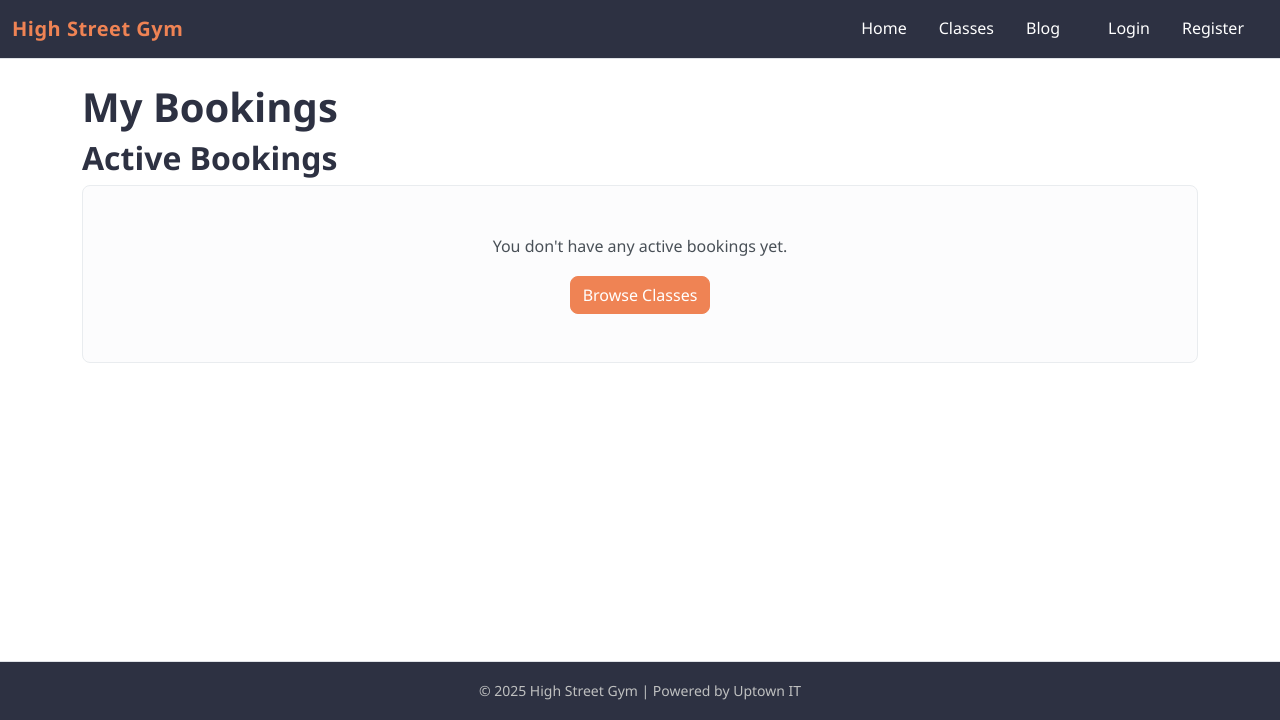
Repository: HBDSolutions/highstreetgym
Page: http://localhost/highstreetgym/controllers/content/bookings_controller.php
These files come from the project's save history. The page is drawn as it stood at one moment and after the next save; the edit follows.
The browser window is 1280 px wide. The pictures show the whole page.
The page is run by PHP 8.4 with error messages shown; the project is at /var/www/html/. The database holds what the project's SQL file puts in it. Queries for data that is not in the repository find no rows.

Above is the page before, as saved 2025-11-11 23:10:29.

### controllers/content/bookings_controller.php
<?php
/**
 * BOOKINGS CONTENT CONTROLLER
 *
 * RESPONSIBILITY: User's booking management
 */

// Start session
if (session_status() === PHP_SESSION_NONE) {
    session_start();
}

// Include dependencies
require_once __DIR__ . '/../../models/database.php';
require_once __DIR__ . '/../../models/session.php';
require_once __DIR__ . '/../../models/class_functions.php';

// Get authentication state
$currentUser = get_current_user_display();
$isLoggedIn = $currentUser['is_logged_in'];
$userId = $currentUser['user_id'];
$userType = $currentUser['user_type'];

// Initialise variables
$cancelMessage = '';
$cancelSuccess = false;

// Handle booking cancellation
if ($_SERVER['REQUEST_METHOD'] === 'POST' && isset($_POST['action']) && $_POST['action'] === 'cancel') {
    $bookingId = intval($_POST['booking_id'] ?? 0);

    if ($bookingId > 0) {
        $result = cancel_booking($conn, $bookingId, $userId);
        $cancelMessage = $result['message'];
        $cancelSuccess = $result['success'];
    }
}

// Get user's bookings from model
$userBookings = get_user_bookings($conn, $userId);

// Separate and format active bookings
$activeBookings = [];

foreach ($userBookings as $booking) {
    if ($booking['status'] === 'confirmed') {
        $activeBookings[] = [
            'booking_id' => $booking['booking_id'],
            'class_name' => $booking['class_name'],
            'description' => $booking['description'],
            'day_of_week' => $booking['day_of_week'],
            'start_time' => date('g:i A', strtotime($booking['start_time'])),
            'end_time' => date('g:i A', strtotime($booking['end_time'])),
            'trainer_name' => $booking['trainer_first_name'] . ' ' . $booking['trainer_last_name'],
            'booking_date' => date('F j, Y', strtotime($booking['booking_date']))
        ];
    }
}

// CONTROLLER DECISIONS - Set flags for what to display
$showCancelMessage = !empty($cancelMessage);
$hasActiveBookings = !empty($activeBookings);
$showNoBookings = empty($activeBookings);

// Define view variables
$pageTitle = 'My Bookings';
$contentView = __DIR__ . '/../../views/content/bookings.php';

// Load MEMBER layout controller (enforces authentication)
require_once __DIR__ . '/../layouts/member_layout.php';
?>

### models/database.php
<?php

//database connection details
$servername = "localhost";
$username = "connect_hsg";
$password = "HighStreetGym1!";
$database = "highstreetgym";

//connect to the database
try {
	//connect to the database
	$conn = new PDO("mysql:host=$servername;dbname=$database", $username,	$password);
	//set the PDO error mode to exception
	$conn->setAttribute(PDO::ATTR_ERRMODE, PDO::ERRMODE_EXCEPTION);
}
catch (PDOException $e) {
    die("Database connection failed: " . $e->getMessage());
}

// FUNCTION TO GET DATABASE CONNECTION
function get_database_connection() {
    static $connection = null;

    if ($connection === null) {
        $servername = "localhost";
        $username = "connect_hsg";
        $password = "HighStreetGym1!";
        $database = "highstreetgym";

        try {
            $connection = new PDO("mysql:host=$servername;dbname=$database", $username, $password);
            $connection->setAttribute(PDO::ATTR_ERRMODE, PDO::ERRMODE_EXCEPTION);
        } catch (PDOException $e) {
            die("Database connection failed: " . $e->getMessage());
        }
    }

    return $connection;
}

?>

### models/session.php
<?php

// SESSION MANAGEMENT FUNCTIONS

// CHECK IF USER IS LOGGED IN

function is_user_logged_in() {
    return isset($_SESSION['logged_in']) && $_SESSION['logged_in'] === true;
}

// GET USER DATA

function get_current_user_display() {
    if (!is_user_logged_in()) {
        return [
            'is_logged_in' => false,
            'user_name' => 'Guest',
            'user_type' => null,
            'user_email' => null,
            'user_id' => null
        ];
    }

    // DERIVE FULL NAME
    $firstName = $_SESSION['first_name'] ?? '';
    $lastName = $_SESSION['last_name'] ?? '';
    $fullName = trim($firstName . ' ' . $lastName);

    // FALLBACK TO USER IF NO NAME
    if (empty($fullName)) {
        $fullName = 'User';
    }

    return [
        'is_logged_in' => true,
        'user_name' => $fullName,
        'user_type' => $_SESSION['user_type'] ?? 'member',
        'user_email' => $_SESSION['user_email'] ?? '',
        'user_id' => $_SESSION['user_id'] ?? null
    ];
}

// CHECK USER PERMISSION

function user_has_permission($requiredType) {
    if (!is_user_logged_in()) {
        return false;
    }

    $userType = $_SESSION['user_type'] ?? 'member';

    // ADMINS HAVE ALL PERMISSIONS
    if ($userType === 'admin') {
        return true;
    }

    // CHECK SPECIFIC PERMISSION
    return $userType === $requiredType;
}

// REQUIRE LOGIN

function require_login($redirectAfterLogin = '') {
    if (!is_user_logged_in()) {
        $redirect = $redirectAfterLogin ?: $_SERVER['REQUEST_URI'];
        header('Location: controllers/auth/login_controller.php?msg=login_required&redirect=' . urlencode($redirect));
        exit;
    }
}

// REQUIRE SPECIFIC USER TYPE

function require_permission($requiredType) {
    require_login();

    if (!user_has_permission($requiredType)) {
        $_SESSION['error_message'] = 'You do not have permission to access this page.';
        header('Location: /highstreetgym/index.php');
        exit;
    }
}
?>

### controllers/layouts/member_layout.php
<?php
// MEMBER LAYOUT CONTROLLER

// INCLUDE BASE LAYOUT
require_once __DIR__ . '/base_layout.php';

$boot = init_base_layout();
$pageTitle   = $pageTitle   ?? 'Member';
$contentView = $contentView ?? (__DIR__ . '/../../views/content/home.php');

// AUTH SNAPSHOT
$currentUser = get_current_user_display();
$isLoggedIn  = (bool)$currentUser['is_logged_in'];
$isAdmin     = ($currentUser['user_type'] ?? '') === 'admin';

// NAV VARS FOR MEMBER LAYOUT
$navVars = [
  'currentUser'    => $currentUser,
  'isLoggedIn'     => $isLoggedIn,
  'isAdmin'        => $isAdmin,
  'showMemberMenu' => $isLoggedIn && !$isAdmin,
  'showAdminMenu'  => $isAdmin,
  'currentPath'    => parse_url($_SERVER['REQUEST_URI'] ?? '/', PHP_URL_PATH) ?? '/',
];

// REQUIRE VIEW VARS FROM CALLER
validate_layout_requirements($pageTitle ?? '', $contentView ?? '');

// RENDER VIEW
include __DIR__ . '/../../views/layouts/member.php';

### controllers/layouts/base_layout.php
<?php
// BASE LAYOUT CONTROLLER HELPERS

// INCLUDE MODELS NEEDED BY LAYOUTS
require_once __DIR__ . '/../../models/session.php';
require_once __DIR__ . '/../../models/navigation.php';
require_once __DIR__ . '/../../models/database.php';

// INITIALISE BASE LAYOUT VARS
function init_base_layout(): array {
    if (session_status() === PHP_SESSION_NONE) {
        session_start();
    }

    // CURRENT USER
    $currentUser = get_current_user_display();
    $currentPath = parse_url($_SERVER['REQUEST_URI'] ?? '/', PHP_URL_PATH) ?? '/';

    return [
        'currentUser' => $currentUser,
        'currentPath' => $currentPath,
    ];
}

// LAYOUT INVARIANTS: VALIDATE REQUIRED VARS
function validate_layout_requirements(string $pageTitle, string $contentView): void {
    if ($pageTitle === '') {
        http_response_code(500);
        exit('LAYOUT ERROR: MISSING $pageTitle');
    }
    if (!is_file($contentView)) {
        http_response_code(500);
        exit('LAYOUT ERROR: MISSING/INVALID $contentView: ' . $contentView);
    }
}

### models/navigation.php
<?php
// NAVIGATION MODEL
// PURPOSE: PROVIDES NAV STATE + ACTIVE-LINK HELPERS FOR VIEWS

// GET NAVIGATION DATA FOR VIEWS
function get_navigation_data(): array {
    // USER STATE
    $currentUser  = get_current_user_display();
    $isLoggedIn   = $currentUser['is_logged_in'] ?? false;
    $userName     = $currentUser['user_name']    ?? '';
    $userType     = $currentUser['user_type']    ?? 'guest';
    $isAdmin      = ($userType === 'admin');

    // USER FLAGS TO SHOW/HIDE NAV ITEMS
    $showMemberMenu  = $isLoggedIn;
    $showAdminMenu   = $isAdmin;
    $showLoginButton = !$isLoggedIn;

    // CURRENT PATH FOR ACTIVE-LINK DETECTION
    $currentPath = parse_url($_SERVER['REQUEST_URI'] ?? '/', PHP_URL_PATH) ?: '/';

    // LOGIN MODAL CONTEXT
    $modalLoginError = $_SESSION['modal_login_error'] ?? null;
    unset($_SESSION['modal_login_error']);
    $showLoginModal = !empty($modalLoginError);

    $loginModalContext = [
        'showErrorAlert' => $showLoginModal,
        'errorMessage'   => $modalLoginError ?? '',
        'formAction'     => '/highstreetgym/controllers/content/auth/login_controller.php'
    ];

    return [
        'isLoggedIn'       => $isLoggedIn,
        'userName'         => $userName,
        'userType'         => $userType,
        'isAdmin'          => $isAdmin,
        'showMemberMenu'   => $showMemberMenu,
        'showAdminMenu'    => $showAdminMenu,
        'showLoginButton'  => $showLoginButton,
        'currentPath'      => $currentPath,
        'showLoginModal'   => $showLoginModal,
        'loginModalContext'=> $loginModalContext
    ];
}

// ACTIVE-LINK CHECK USING EXPLICIT PATH
function is_navigation_active(string $needle, string $currentPath): string {
    return str_ends_with($currentPath, $needle) ? 'active' : '';
}

// CANONICAL HELPER CALLED BY VIEWS/PARTIALS
if (!function_exists('nav_active')) {
    function nav_active(string $needle, ?string $currentPath = null): string {
        $path = $currentPath ?? (parse_url($_SERVER['REQUEST_URI'] ?? '/', PHP_URL_PATH) ?: '/');
        return (str_ends_with($path, $needle)) ? 'active' : '';
    }
}

### views/layouts/member.php
<?php
// MEMBER LAYOUT

$viewVars = [
  'title'       => $pageTitle ?? 'High Street Gym',
  'contentView' => $contentView ?? ''
];
include __DIR__ . '/base.php';

### views/layouts/base.php
<?php
// BASE LAYOUT SHELL
// PURPOSE: WRAPS PAGE, APPLIES STICKY FOOTER, INCLUDES NAV & FOOTER TO ALL PAGES

$pageTitle = $viewVars['title'] ?? 'High Street Gym';
?>

<!DOCTYPE html>

<html lang="en">

<head>
  <meta charset="utf-8">
  <meta name="viewport" content="width=device-width, initial-scale=1">
  <title><?= htmlspecialchars($pageTitle) ?></title>
  <link href="https://cdn.jsdelivr.net/npm/bootstrap@5.3.0/dist/css/bootstrap.min.css" rel="stylesheet">
  <link rel="stylesheet" href="/highstreetgym/assets/css/style.css">
</head>

<body class="d-flex flex-column min-vh-100">
  <header>
    <?php include __DIR__ . '/../partials/nav.php'; ?>
  </header>

  <main class="flex-grow-1">
    <?php
      if (!empty($viewVars['contentView'])) {
        include $viewVars['contentView'];
      }
    ?>
  </main>

  <?php include __DIR__ . '/../partials/footer.php'; ?>

  <script src="https://cdn.jsdelivr.net/npm/bootstrap@5.3.0/dist/js/bootstrap.bundle.min.js"></script>
</body>
</html>

### views/partials/nav.php
<?php
// NAV PARTIAL: USES VARS FROM LAYOUT SHELL ONLY

// INPUTS
$navVars        = $navVars ?? [];
$currentUser    = $navVars['currentUser']    ?? [];
$isLoggedIn     = (bool)($navVars['isLoggedIn']     ?? false);
$isAdmin        = (bool)($navVars['isAdmin']        ?? false);
$showMemberMenu = (bool)($navVars['showMemberMenu'] ?? false);
$showAdminMenu  = (bool)($navVars['showAdminMenu']  ?? false);
$currentPath    = $navVars['currentPath']    ?? '/';
$userName       = $currentUser['user_name']  ?? 'Account';

// ACTIVE-LINK HELPER
if (!function_exists('a')) {
  function a($needle){ return nav_active($needle); }
}
?>

<nav class="navbar navbar-expand-lg navbar-dark bg-dark border-bottom">
  <div class="container-fluid">
    <a class="navbar-brand" href="/highstreetgym/controllers/content/home_controller.php">High Street Gym</a>

    <button class="navbar-toggler" type="button" data-bs-toggle="collapse" data-bs-target="#mainNav"
            aria-controls="mainNav" aria-expanded="false" aria-label="Toggle navigation">
      <span class="navbar-toggler-icon"></span>
    </button>

    <div class="collapse navbar-collapse" id="mainNav">
      <div class="ms-auto d-flex align-items-center">
        <!-- MAIN LINKS -->
        <ul class="navbar-nav me-3 mb-2 mb-lg-0">
          <li class="nav-item">
            <a class="nav-link <?= a('home_controller.php') ?>"
               href="/highstreetgym/controllers/content/home_controller.php">Home</a>
          </li>
          <li class="nav-item">
            <a class="nav-link <?= a('classes_controller.php') ?>"
               href="/highstreetgym/controllers/content/classes_controller.php">Classes</a>
          </li>
          <li class="nav-item">
            <a class="nav-link <?= a('blog_controller.php') ?>"
               href="/highstreetgym/controllers/content/blog_controller.php">Blog</a>
          </li>

          <?php if ($showAdminMenu): ?>
          <li class="nav-item">
            <a class="nav-link <?= a('admin_controller.php') ?>"
               href="/highstreetgym/controllers/content/admin_controller.php">Admin</a>
          </li>
          <?php endif; ?>
        </ul>

        <!-- AUTH -->
        <ul class="navbar-nav">
          <?php if (!$isLoggedIn): ?>
            <li class="nav-item">
              <a class="nav-link <?= a('login_controller.php') ?>"
                 href="/highstreetgym/controllers/auth/login_controller.php">Login</a>
            </li>
            <li class="nav-item">
              <a class="nav-link <?= a('register_controller.php') ?>"
                 href="/highstreetgym/controllers/auth/register_controller.php">Register</a>
            </li>
          <?php else: ?>
            <li class="nav-item dropdown">
              <a class="nav-link dropdown-toggle" href="#" role="button" data-bs-toggle="dropdown" aria-expanded="false">
                <?= htmlspecialchars($userName) ?>
              </a>
              <ul class="dropdown-menu dropdown-menu-end">
                <?php if (!$isAdmin): ?>
                  <li><a class="dropdown-item" href="/highstreetgym/controllers/content/bookings_controller.php">My Bookings</a></li>
                  <li><hr class="dropdown-divider"></li>
                <?php else: ?>
                  <li><a class="dropdown-item" href="/highstreetgym/controllers/content/admin_controller.php">Admin Home</a></li>
                  <li><hr class="dropdown-divider"></li>
                <?php endif; ?>
                <li><a class="dropdown-item" href="/highstreetgym/controllers/auth/logout_controller.php">Logout</a></li>
              </ul>
            </li>
          <?php endif; ?>
        </ul>
      </div>
    </div>
  </div>
</nav>

### views/content/bookings.php
<!-- Bookings Content View -->
<section class="container my-4">
    <h1><?= htmlspecialchars($pageTitle) ?></h1>

    <?php if ($showCancelMessage): ?>
        <?php include __DIR__ . '/../partials/bookings/cancel_message.php'; ?>
    <?php endif; ?>

    <section class="mb-5">
        <h2>Active Bookings</h2>

        <?php if ($showNoBookings): ?>
            <?php include __DIR__ . '/../partials/bookings/no_bookings.php'; ?>
        <?php endif; ?>

        <?php if ($hasActiveBookings): ?>
            <?php include __DIR__ . '/../partials/bookings/bookings_list.php'; ?>
        <?php endif; ?>
    </section>
</section>

### views/partials/bookings/no_bookings.php
<!-- Bookings No Bookings Partial -->
<div class="alert alert-light text-center py-5">
    <p class="mb-2">You don't have any active bookings yet.</p>
    <a href="/highstreetgym/controllers/content/classes_controller.php" class="btn btn-primary mt-2">
        Browse Classes
    </a>
</div>

### views/partials/footer.php
<?php
// FOOTER PARTIAL
?>
<footer class="mt-auto text-center text-muted py-3 border-top">
  <small>&copy; <?= date('Y') ?> High Street Gym | Powered by Uptown IT</small>
</footer>

### assets/css/style.css
/* === High Street Gym Custom Theme === */
:root {
  /* Base brand palette */
  --hsg-primary:   #EF8354;
  --hsg-secondary: #4F5D75;
  --hsg-muted:     #BFC0C0;
  --hsg-dark:      #2D3142;
  --hsg-light:     #FFFFFF;

  /* Bootstrap variable overrides */
  --bs-body-bg: var(--hsg-light);
  --bs-body-color: var(--hsg-dark);
  --bs-primary: var(--hsg-primary);
  --bs-secondary: var(--hsg-secondary);
  --bs-success: #2ECC71;
  --bs-danger:  #E74C3C;
  --bs-warning: #F1C40F;
  --bs-info:    #3498DB;
  --bs-border-radius: .5rem;
  --bs-font-sans-serif: "Segoe UI", Roboto, "Helvetica Neue", Arial, sans-serif;
}

/* === Global layout === */
body {
  background-color: var(--bs-body-bg);
  color: var(--bs-body-color);
  line-height: 1.6;
}

h1, h2, h3, h4 {
  font-weight: 600;
  color: var(--hsg-dark);
}

/* === Navbar === */
.navbar {
  background-color: var(--hsg-dark) !important;
}
.navbar .navbar-brand {
  color: var(--hsg-primary) !important;
  font-weight: 700;
  letter-spacing: .5px;
}
.navbar .nav-link {
  color: var(--hsg-light) !important;
  margin-right: 1rem;
  transition: color .2s ease-in-out;
}
.navbar .nav-link:hover,
.navbar .nav-link.active {
  color: var(--hsg-primary) !important;
  text-decoration: underline;
}

/* === Main container card === */
main.container {
  background: var(--hsg-light);
  padding: 2rem;
  border-radius: var(--bs-border-radius);
  box-shadow: 0 4px 12px rgba(0,0,0,0.08);
}

/* === Buttons === */
.btn-primary {
  background-color: var(--hsg-primary);
  border-color: var(--hsg-primary);
}
.btn-primary:hover {
  background-color: var(--hsg-secondary);
  border-color: var(--hsg-secondary);
}

/* TILE STYLES */
.tile {
  display: inline-block;
  width: 260px;
  height: 220px;
  margin: 1rem;
  background: var(--hsg-muted);
  color: var(--hsg-dark);
  border-radius: 0.5rem;
  text-align: center;
  vertical-align: top;
  transition: transform 0.2s ease;
}

.tile a {
  display: block;
  height: 100%;
  width: 100%;
  line-height: 220px;
  font-weight: 600;
  text-decoration: none;
  color: inherit;
}

.tile:hover,
.tile a:focus-visible {
  transform: translateY(-3px);
  outline: none;
}

/* ACCESSIBLE SKIP LINK */
.skip-link { position: absolute; left: -9999px; top: auto; width: 1px; height: 1px; overflow: hidden; }
.skip-link:focus { position: static; width: auto; height: auto; margin: 0.5rem; }

/* SIMPLE LAYOUT FOR THE TILE SECTION (uses your tokens only) */
section[aria-label="Admin Imports"] {
  display: flex;
  flex-wrap: wrap;
  gap: 1rem;
  align-items: stretch;
  margin: 1rem 0 2rem;
}

/* SMALL-SCREEN TWEAK (optional) */
@media (max-width: 576px) {
  .tile { width: 100%; height: 180px; line-height: normal; }
  .tile a { line-height: 180px; }
}

/* === Tables === */
.table {
  color: var(--hsg-dark);
  border-color: var(--hsg-muted);
}
.table thead {
  background-color: var(--hsg-secondary);
  color: var(--hsg-light);
}
.table-striped tbody tr:nth-of-type(odd) {
  background-color: #f8f9fa;
}

/* === Footer === */
footer {
  background-color: var(--hsg-dark);
  color: var(--hsg-light);
  text-align: center;
  padding: 1rem 0;
}
footer small {
  color: var(--hsg-muted);
}

/* === Utility tweaks === */
a { color: var(--hsg-primary); }
a:hover { color: var(--hsg-secondary); }

.list-group-item {
  border: none;
  border-bottom: 1px solid var(--hsg-muted);
}

### database/schema/schema.sql (the tables this page reads)
CREATE TABLE `classes` (
  `class_id` INT NOT NULL AUTO_INCREMENT,
  `class_name` VARCHAR(100) NOT NULL,
  `description` TEXT DEFAULT NULL,
  `duration` INT NOT NULL COMMENT 'Duration in minutes',
  `difficulty_level` ENUM('beginner', 'intermediate', 'advanced', 'all_levels') DEFAULT 'all_levels',
  PRIMARY KEY (`class_id`)
) ENGINE=InnoDB DEFAULT CHARSET=utf8mb4 COLLATE=utf8mb4_general_ci;

INSERT INTO `classes` (`class_name`, `description`, `duration`, `difficulty_level`) VALUES
('Yoga Flow', 'Gentle flowing yoga for flexibility and relaxation', 60, 'all_levels'),
('Pilates Core', 'Core strengthening pilates workout', 45, 'intermediate'),
('HIIT Burn', 'High intensity interval training', 30, 'advanced'),
('Indoor Cycling', 'Cardio cycling workout', 45, 'all_levels'),
('Boxing Fitness', 'Boxing-based fitness class', 60, 'intermediate'),
('Abs Blast', 'Targeted abdominal workout', 30, 'all_levels'),
('Zumba', 'Dance fitness workout', 60, 'beginner');

CREATE TABLE `schedules` (
  `schedule_id` INT NOT NULL AUTO_INCREMENT,
  `class_id` INT NOT NULL,
  `trainer_id` INT NOT NULL,
  `day_of_week` ENUM('Monday', 'Tuesday', 'Wednesday', 'Thursday', 'Friday', 'Saturday', 'Sunday') NOT NULL,
  `start_time` TIME NOT NULL,
  `end_time` TIME NOT NULL,
  `max_capacity` INT DEFAULT 20,
  PRIMARY KEY (`schedule_id`),
  KEY `class_id` (`class_id`),
  KEY `trainer_id` (`trainer_id`),
  CONSTRAINT `schedules_ibfk_1` FOREIGN KEY (`class_id`) REFERENCES `classes` (`class_id`) ON DELETE CASCADE,
  CONSTRAINT `schedules_ibfk_2` FOREIGN KEY (`trainer_id`) REFERENCES `trainers` (`trainer_id`) ON DELETE CASCADE
) ENGINE=InnoDB DEFAULT CHARSET=utf8mb4 COLLATE=utf8mb4_general_ci;

INSERT INTO `schedules` (`class_id`, `trainer_id`, `day_of_week`, `start_time`, `end_time`, `max_capacity`) VALUES

(1, 1, 'Monday', '06:00:00', '07:00:00', 15),
(3, 3, 'Monday', '08:00:00', '08:30:00', 20),
(5, 2, 'Monday', '18:00:00', '19:00:00', 15),

(2, 1, 'Tuesday', '07:00:00', '07:45:00', 12),
(4, 3, 'Tuesday', '17:30:00', '18:15:00', 25),
(7, 1, 'Tuesday', '19:00:00', '20:00:00', 20),

(1, 1, 'Wednesday', '06:00:00', '07:00:00', 15),
(6, 2, 'Wednesday', '12:00:00', '12:30:00', 20),
(3, 3, 'Wednesday', '18:00:00', '18:30:00', 20),

(2, 1, 'Thursday', '07:00:00', '07:45:00', 12),
(5, 2, 'Thursday', '18:00:00', '19:00:00', 15),

(4, 3, 'Friday', '06:30:00', '07:15:00', 25),
(7, 1, 'Friday', '17:00:00', '18:00:00', 20),

(1, 1, 'Saturday', '08:00:00', '09:00:00', 15),
(3, 3, 'Saturday', '09:30:00', '10:00:00', 20),
(6, 2, 'Saturday', '10:30:00', '11:00:00', 20);

CREATE TABLE `trainers` (
  `trainer_id` INT NOT NULL AUTO_INCREMENT,
  `first_name` VARCHAR(50) NOT NULL,
  `last_name` VARCHAR(50) NOT NULL,
  `email` VARCHAR(100) NOT NULL,
  `specialization` VARCHAR(100) DEFAULT NULL,
  `status` ENUM('active', 'inactive') DEFAULT 'active',
  PRIMARY KEY (`trainer_id`),
  UNIQUE KEY `email` (`email`)
) ENGINE=InnoDB DEFAULT CHARSET=utf8mb4 COLLATE=utf8mb4_general_ci;

INSERT INTO `trainers` (`first_name`, `last_name`, `email`, `specialization`, `status`) VALUES
('Sarah', 'Johnson', 'sarah.johnson@highstreetgym.com.au', 'Yoga & Pilates', 'active'),
('Mike', 'Chen', 'mike.chen@highstreetgym.com.au', 'Strength Training', 'active'),
('Emma', 'Williams', 'emma.williams@highstreetgym.com.au', 'HIIT & Cardio', 'active');

Loaded but not shown: models/class_functions.php (309 lines, source omitted)

After the next save:
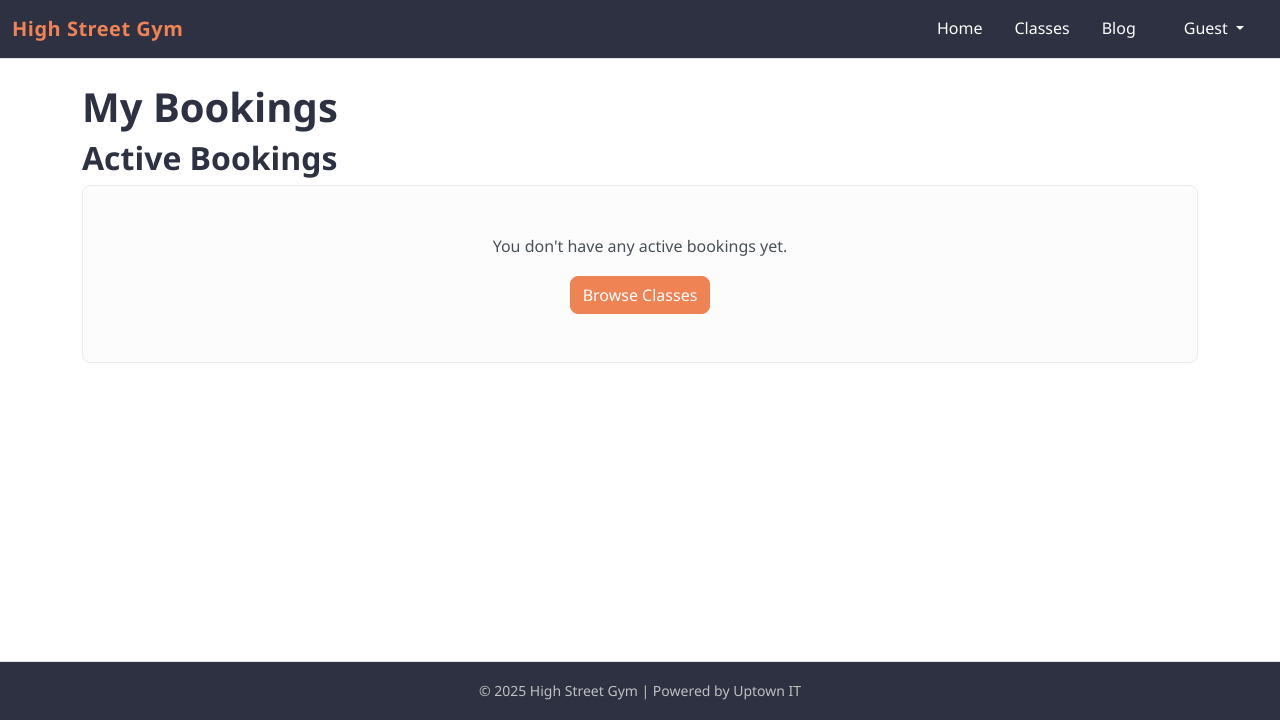
Saved 17 s later.
--- a/controllers/layouts/member_layout.php
+++ b/controllers/layouts/member_layout.php
@@ -8,19 +8,14 @@ $boot = init_base_layout();
 $pageTitle   = $pageTitle   ?? 'Member';
 $contentView = $contentView ?? (__DIR__ . '/../../views/content/home.php');
 
-// AUTH SNAPSHOT
-$currentUser = get_current_user_display();
-$isLoggedIn  = (bool)$currentUser['is_logged_in'];
-$isAdmin     = ($currentUser['user_type'] ?? '') === 'admin';
-
-// NAV VARS FOR MEMBER LAYOUT
+// MEMBER DEFAULTS (LOGGED IN, NOT ADMIN)
 $navVars = [
-  'currentUser'    => $currentUser,
-  'isLoggedIn'     => $isLoggedIn,
-  'isAdmin'        => $isAdmin,
-  'showMemberMenu' => $isLoggedIn && !$isAdmin,
-  'showAdminMenu'  => $isAdmin,
-  'currentPath'    => parse_url($_SERVER['REQUEST_URI'] ?? '/', PHP_URL_PATH) ?? '/',
+    'currentUser'    => $boot['currentUser'],
+    'isLoggedIn'     => true,
+    'isAdmin'        => false,
+    'showMemberMenu' => true,
+    'showAdminMenu'  => false,
+    'currentPath'    => $boot['currentPath'],
 ];
 
 // REQUIRE VIEW VARS FROM CALLER
